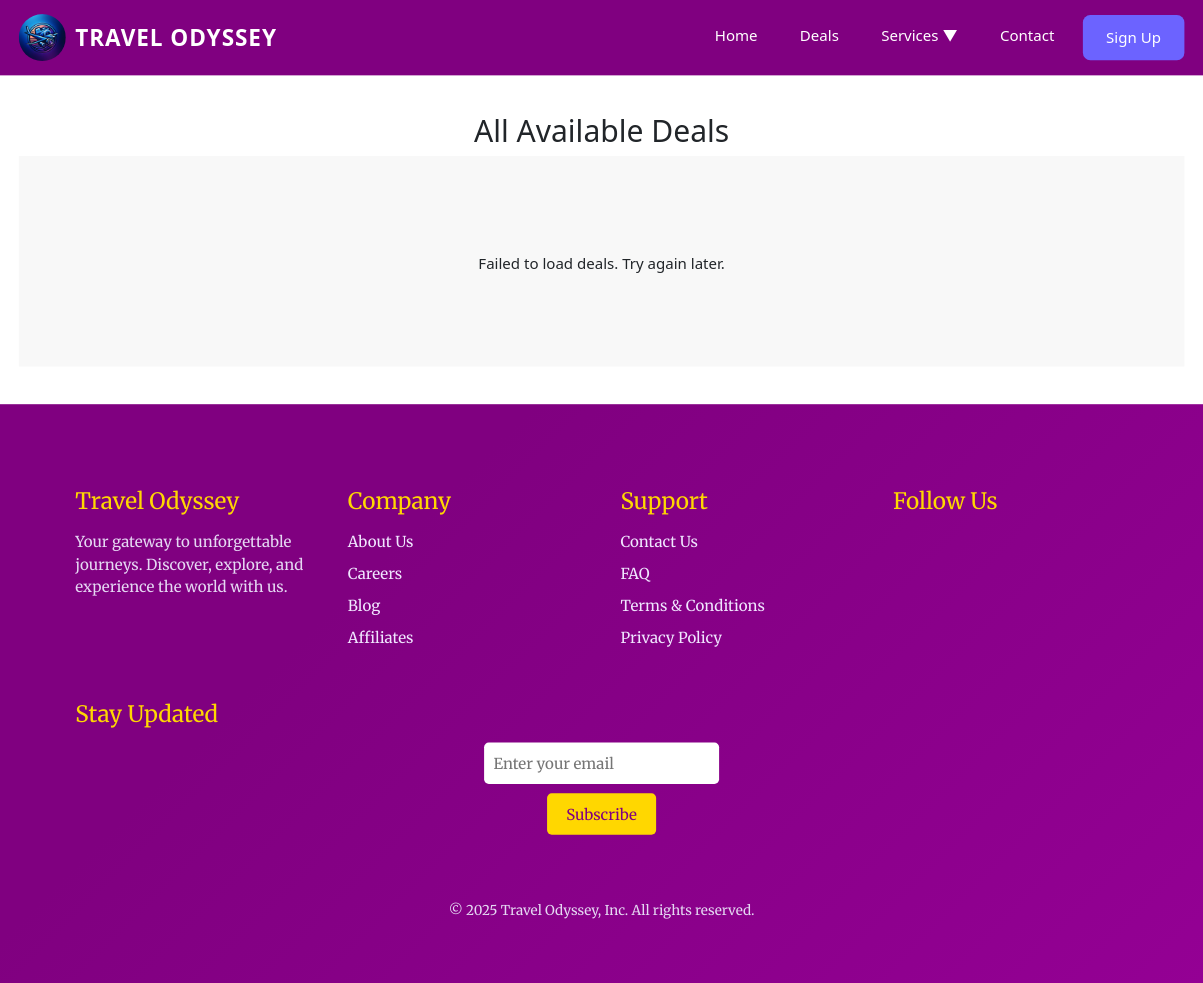
Repository: GHzPhoenix/Project-Odyssey
Page: Frontend/deals.html
An editor plug-in stored every save of this project. The page is shown before and after the next save, followed by the edit.
The browser window is 1280 px wide. The pictures show the whole page, at 94% of full size.
The page's requests for data from a server got no answer.

Above is the page before, as saved 2025-06-08 17:00:47.

After the next save:
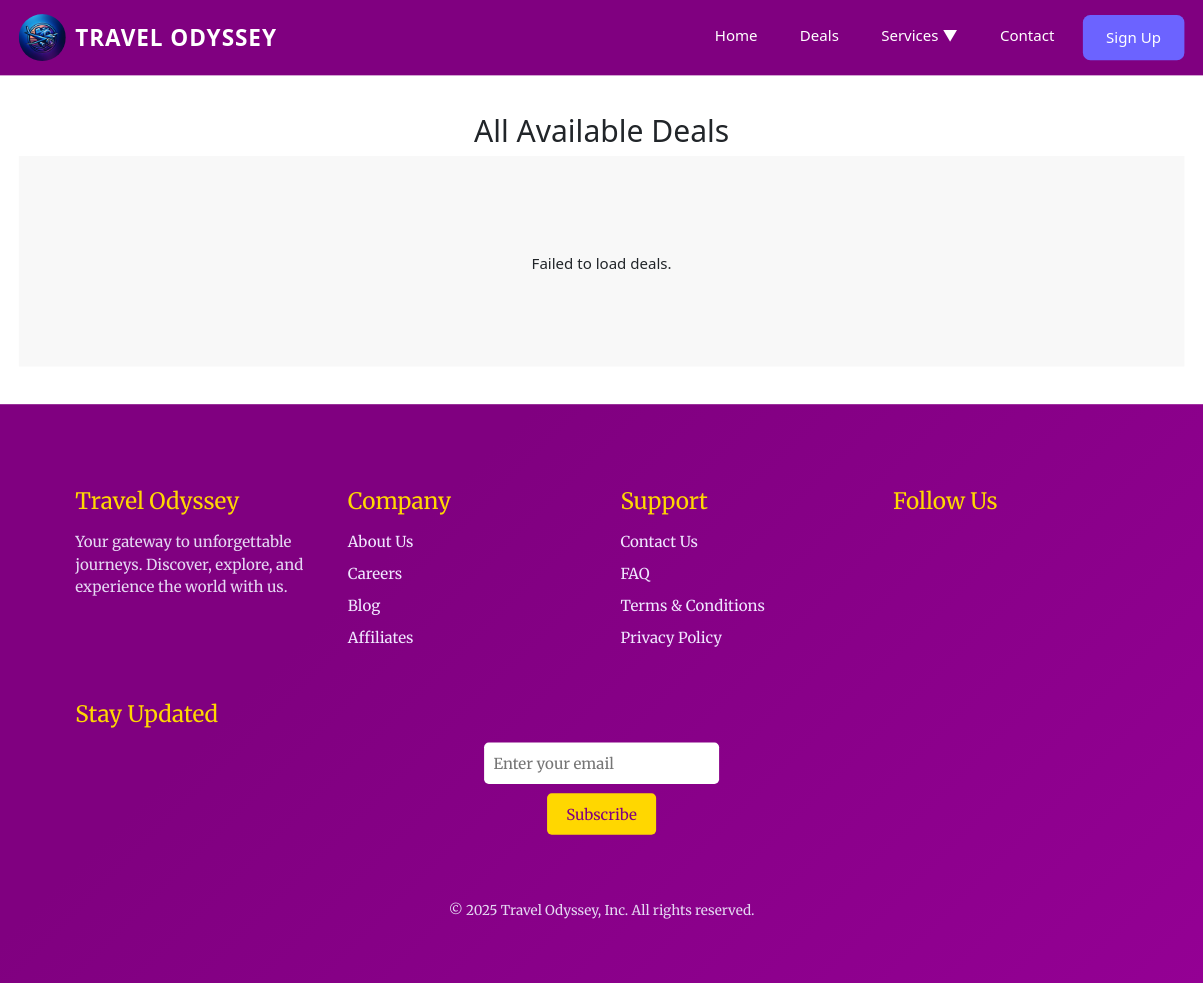
Saved 5 min 11 s later.
--- a/Frontend/deals.html
+++ b/Frontend/deals.html
@@ -129,20 +129,25 @@
     </footer>
 
     <script>
+      // 1) Define in global scope
+      let pendingDealId = null;
+      function showEmailModal(dealId) {
+        pendingDealId = dealId;
+        const overlay = document.getElementById("email-modal");
+        const input = document.getElementById("modal-email-input");
+        overlay.classList.add("active");
+        input.value = "";
+        input.focus();
+      }
+
       document.addEventListener("DOMContentLoaded", () => {
+        // grab modal controls
         const overlay = document.getElementById("email-modal");
         const input = document.getElementById("modal-email-input");
         const btnCancel = document.getElementById("modal-cancel");
         const btnOk = document.getElementById("modal-submit");
-        let pendingDeal = null;
-
-        function showEmailModal(dealId) {
-          pendingDeal = dealId;
-          input.value = "";
-          overlay.classList.add("active");
-          input.focus();
-        }
-
+
+        // hide on cancel or ESC
         btnCancel.addEventListener("click", () =>
           overlay.classList.remove("active")
         );
@@ -150,29 +155,27 @@
           if (e.key === "Escape") overlay.classList.remove("active");
         });
 
+        // on OK, redirect to signup
         btnOk.addEventListener("click", () => {
           const email = input.value.trim();
-          if (!email) {
-            input.focus();
-            return;
-          }
-          const qs = new URLSearchParams({ deal: pendingDeal, email });
+          if (!email) return input.focus();
+          const qs = new URLSearchParams({ deal: pendingDealId, email });
           window.location.href = `signup.html?${qs}`;
         });
 
+        // fetch & render deals
         async function fetchAndRenderDeals() {
           const container = document.getElementById("deals-container");
           container.textContent = "Loading…";
-
           try {
             const res = await fetch("http://127.0.0.1:5001/api/deals");
-            if (!res.ok) throw new Error("Unable to fetch deals");
+            if (!res.ok) throw new Error();
             const deals = await res.json();
             container.innerHTML = "";
 
-            if (deals.length === 0) {
+            if (!deals.length) {
               container.innerHTML =
-                "<p class='no-deals'>No deals available at the moment.</p>";
+                "<p class='no-deals'>No deals available.</p>";
               return;
             }
 
@@ -180,43 +183,33 @@
               const card = document.createElement("div");
               card.className = "card";
               card.innerHTML = `
-          <img class="card-image" src="${deal.image_url}" alt="${deal.name}" />
-          <div class="card-info">
-            <h3 class="card-title">${deal.name}</h3>
-            <p class="card-subtext">${deal.location} • ${deal.activities}</p>
-            <p class="card-dates">
-              ${new Date(deal.start_date).toLocaleDateString("en-US", {
-                month: "short",
-                day: "numeric",
-                year: "numeric",
-              })}
-               –
-              ${new Date(deal.end_date).toLocaleDateString("en-US", {
-                month: "short",
-                day: "numeric",
-                year: "numeric",
-              })}
-            </p>
-            <a href="#" class="card-button" data-id="${deal.id}">Book Now</a>
-          </div>
-        `;
+            <img class="card-image" src="${deal.image_url}" alt="${deal.name}">
+            <div class="card-info">
+              <h3 class="card-title">${deal.name}</h3>
+              <p class="card-subtext">${deal.location} • ${deal.activities}</p>
+              <p class="card-dates">
+                ${new Date(deal.start_date).toLocaleDateString()} – ${new Date(
+                deal.end_date
+              ).toLocaleDateString()}
+              </p>
+              <a href="#" class="card-button" data-id="${deal.id}">Book Now</a>
+            </div>
+          `;
               container.appendChild(card);
             });
-          } catch (err) {
-            console.error("Error loading deals:", err);
+
+            // delegate click
+            container.addEventListener("click", (e) => {
+              if (e.target.matches(".card-button")) {
+                e.preventDefault();
+                showEmailModal(e.target.dataset.id);
+              }
+            });
+          } catch {
             container.innerHTML =
-              "<p class='error-message'>Failed to load deals. Try again later.</p>";
+              "<p class='error-message'>Failed to load deals.</p>";
           }
         }
-
-        document
-          .getElementById("deals-container")
-          .addEventListener("click", (e) => {
-            if (e.target.matches(".card-button")) {
-              e.preventDefault();
-              showEmailModal(e.target.dataset.id);
-            }
-          });
 
         fetchAndRenderDeals();
       });
